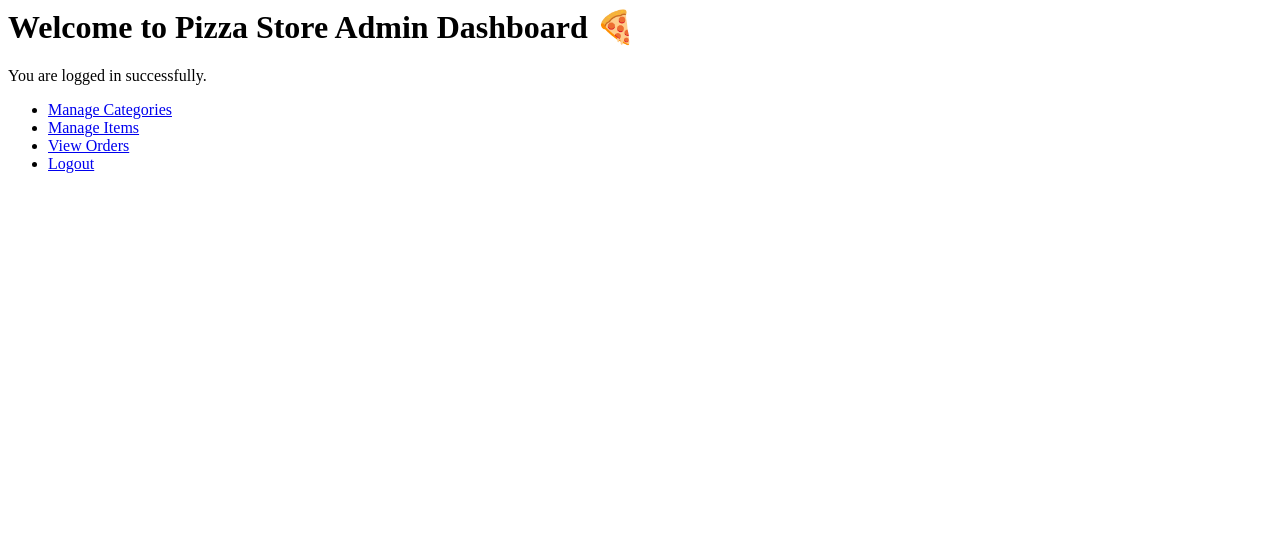
Repository: Balachandra080/Wipro_Preskilling_Training_Daily_Activities
Page: http://localhost/Pizzastore-Setup-Consumer-ADMIN-JSP/WEB-INF/views/dashboard.jsp
These files come from the project's save history. The page is drawn as it stood at one moment and after the next save; the edit follows.
The browser window is 1280 px wide. The pictures show the whole page.
The page is served by Tomcat 10. Nobody is signed in. The template is opened directly, without the code that normally fills it, so the values that code supplies are empty.

Above is the page before, as saved 2025-09-10 10:45:54.

After the next save:
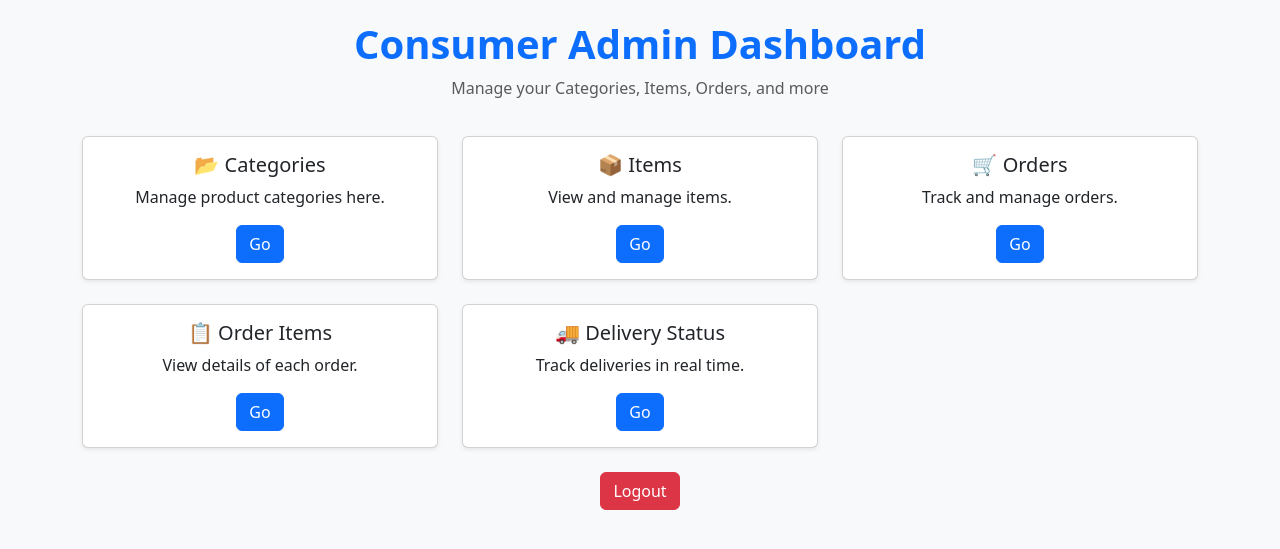
Saved 12 min 43 s later.
--- a/Capstone_Project/Pizzastore-Setup-Consumer-ADMIN-JSP/src/main/webapp/WEB-INF/views/dashboard.jsp
+++ b/Capstone_Project/Pizzastore-Setup-Consumer-ADMIN-JSP/src/main/webapp/WEB-INF/views/dashboard.jsp
@@ -1,17 +1,100 @@
 <%@ page contentType="text/html;charset=UTF-8" language="java" %>
 <html>
 <head>
-    <title>Pizza Store Dashboard</title>
+    <title>Dashboard</title>
+    <!-- Bootstrap CSS -->
+    <link href="https://cdn.jsdelivr.net/npm/bootstrap@5.3.2/dist/css/bootstrap.min.css" rel="stylesheet">
+
+    <style>
+        body {
+            background-color: #f8f9fa;
+        }
+        .card {
+            transition: transform 0.2s;
+        }
+        .card:hover {
+            transform: scale(1.05);
+        }
+        .dashboard-header {
+            margin: 20px 0;
+        }
+    </style>
 </head>
 <body>
-    <h1>Welcome to Pizza Store Admin Dashboard 🍕</h1>
-    <p>You are logged in successfully.</p>
 
-    <ul>
-        <li><a href="/categories">Manage Categories</a></li>
-        <li><a href="/items">Manage Items</a></li>
-        <li><a href="/orders">View Orders</a></li>
-        <li><a href="/auth/logout">Logout</a></li>
-    </ul>
+<div class="container">
+    <!-- Header -->
+    <div class="row dashboard-header text-center">
+        <h1 class="fw-bold text-primary">Consumer Admin Dashboard</h1>
+        <p class="text-muted">Manage your Categories, Items, Orders, and more</p>
+    </div>
+
+    <!-- Cards Section -->
+    <div class="row row-cols-1 row-cols-md-3 g-4">
+        <!-- Categories -->
+        <div class="col">
+            <div class="card shadow-sm text-center">
+                <div class="card-body">
+                    <h5 class="card-title">📂 Categories</h5>
+                    <p class="card-text">Manage product categories here.</p>
+                    <a href="/categories" class="btn btn-primary">Go</a>
+                </div>
+            </div>
+        </div>
+
+        <!-- Items -->
+        <div class="col">
+            <div class="card shadow-sm text-center">
+                <div class="card-body">
+                    <h5 class="card-title">📦 Items</h5>
+                    <p class="card-text">View and manage items.</p>
+                    <a href="/items" class="btn btn-primary">Go</a>
+                </div>
+            </div>
+        </div>
+
+        <!-- Orders -->
+        <div class="col">
+            <div class="card shadow-sm text-center">
+                <div class="card-body">
+                    <h5 class="card-title">🛒 Orders</h5>
+                    <p class="card-text">Track and manage orders.</p>
+                    <a href="/orders" class="btn btn-primary">Go</a>
+                </div>
+            </div>
+        </div>
+
+        <!-- Order Items -->
+        <div class="col">
+            <div class="card shadow-sm text-center">
+                <div class="card-body">
+                    <h5 class="card-title">📋 Order Items</h5>
+                    <p class="card-text">View details of each order.</p>
+                    <a href="/orderitems" class="btn btn-primary">Go</a>
+                </div>
+            </div>
+        </div>
+
+        <!-- Delivery Status -->
+        <div class="col">
+            <div class="card shadow-sm text-center">
+                <div class="card-body">
+                    <h5 class="card-title">🚚 Delivery Status</h5>
+                    <p class="card-text">Track deliveries in real time.</p>
+                    <a href="/deliverystatus" class="btn btn-primary">Go</a>
+                </div>
+            </div>
+        </div>
+    </div>
+
+    <!-- Logout -->
+    <div class="text-center mt-4">
+        <a href="/auth/logout" class="btn btn-danger">Logout</a>
+    </div>
+</div>
+
+<!-- Bootstrap JS -->
+<script src="https://cdn.jsdelivr.net/npm/bootstrap@5.3.2/dist/js/bootstrap.bundle.min.js"></script>
+
 </body>
 </html>
